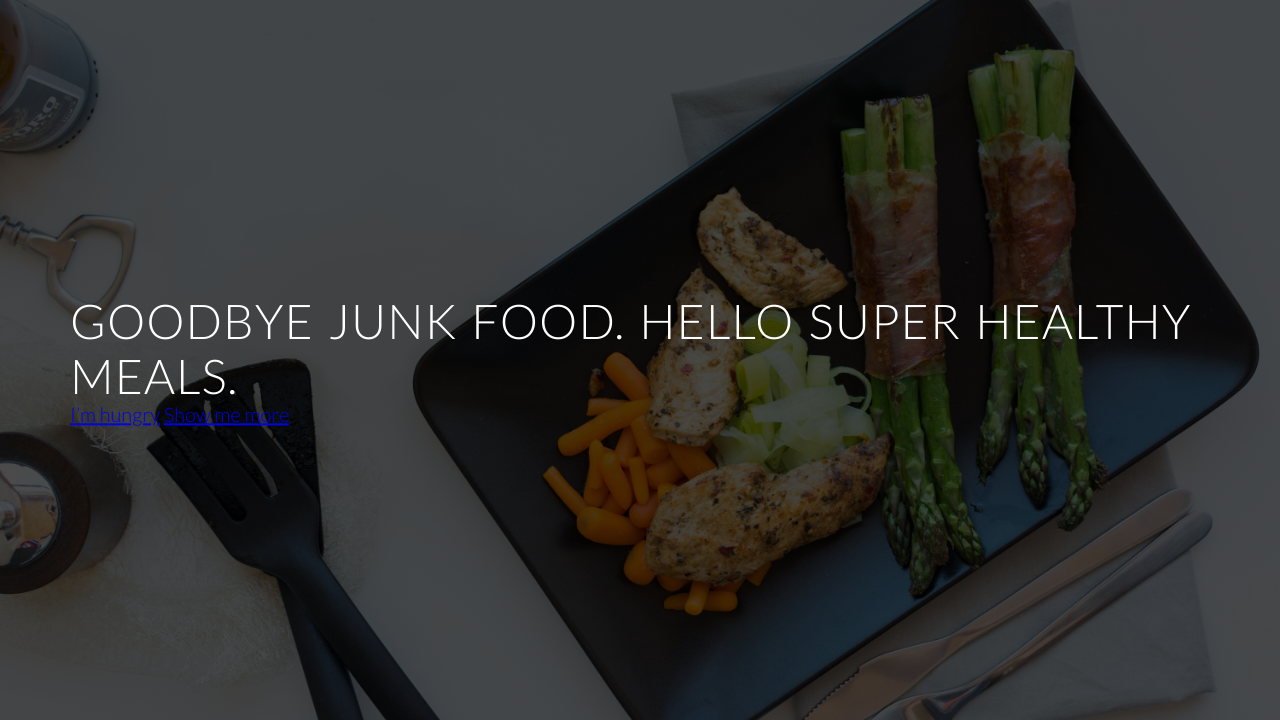
Repository: MalgorzataMazur/Omnifood
Page: index.html
The author's editor kept a copy of each file at every save. The page is drawn from the files as they stood at one save, then again after the next save.
The browser window is 1280 px wide. The pictures show the whole page.

Above is the page before, as saved 2019-10-23 20:41:42.

After the next save:
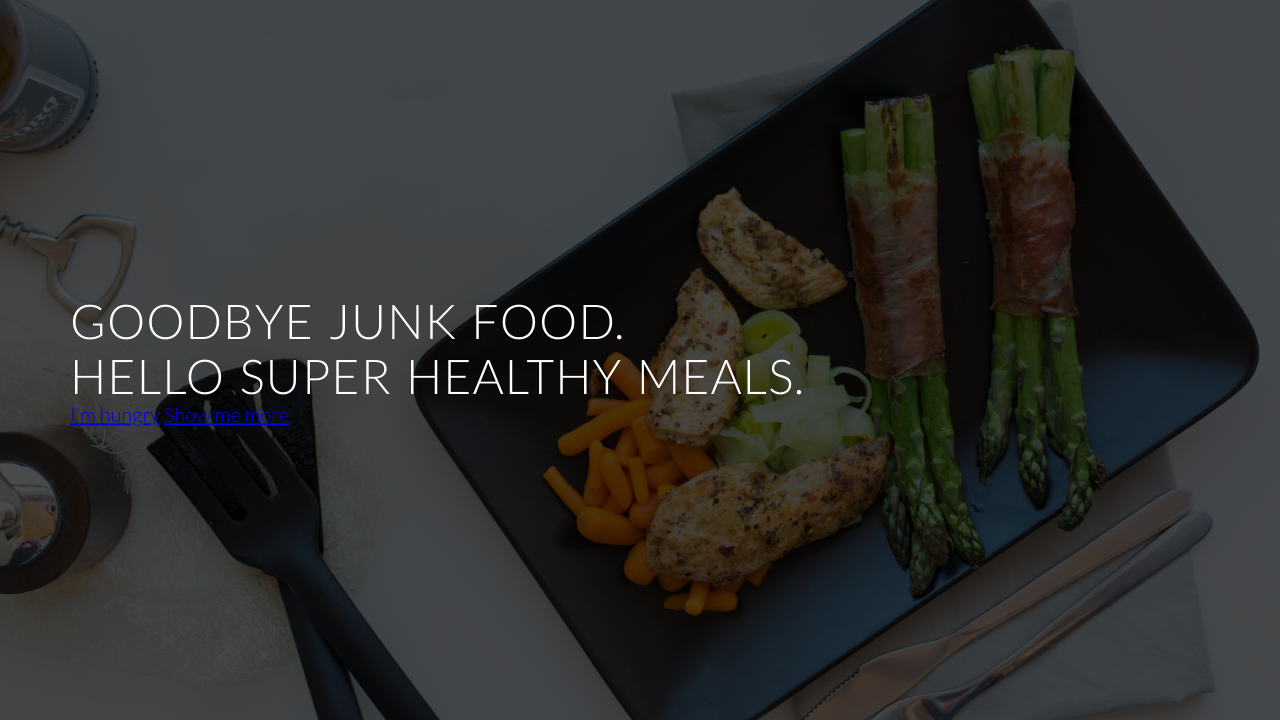
Saved 63 s later.
--- a/index.html
+++ b/index.html
@@ -13,7 +13,7 @@
     <body>
         <header> <!-- like container to put some conetent nav, footer, main element for the main cinetent etc-->
             <div class="hero-text-box">
-                <h1>Goodbye junk food. Hello super healthy meals.</h1>
+                <h1>Goodbye junk food.<br>Hello super healthy meals.</h1>
                 <a href="#">I’m hungry</a>
                 <a href="#">Show me more</a>
 
